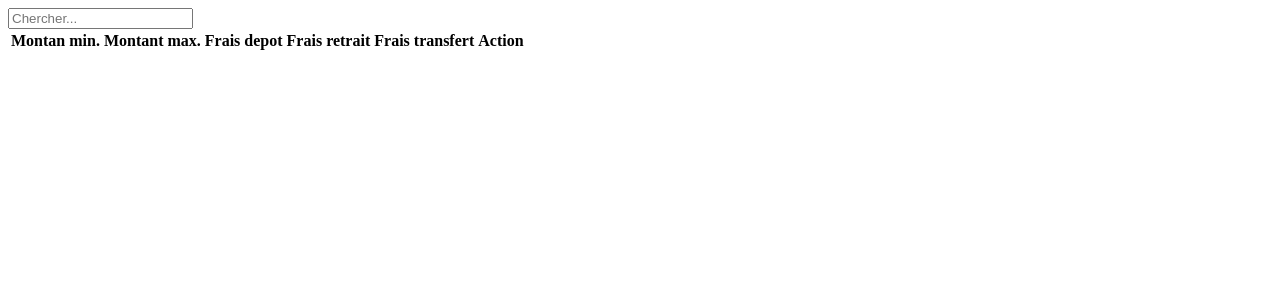
Repository: mitantsoa1/cash
Page: http://localhost/Views/Back/frais_affichage.php
These files come from the project's save history. The page is drawn as it stood at one moment and after the next save; the edit follows.
The browser window is 1280 px wide. The pictures show the whole page.
The page is run by PHP 8.4 with error messages shown; the project is at /var/www/html/. Queries for data that is not in the repository find no rows.

Above is the page before, as saved 2021-01-21 13:18:43.
Console error: ReferenceError: $ is not defined

After the next save:
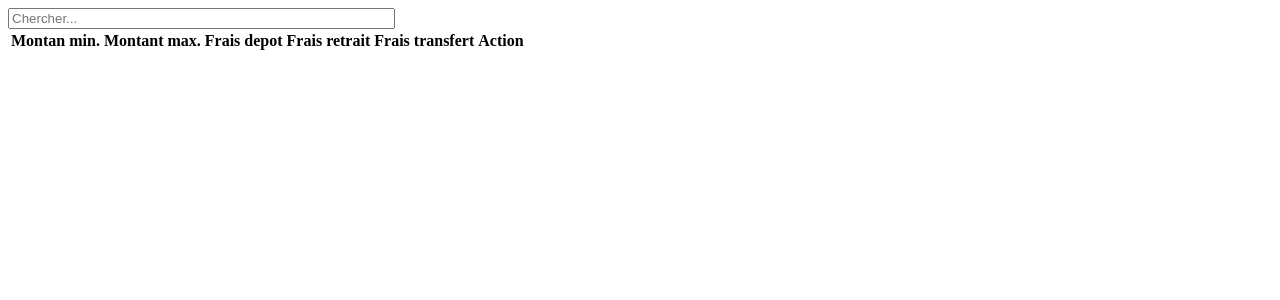
Saved 3 min 8 s later.
--- a/Views/Back/frais_affichage.php
+++ b/Views/Back/frais_affichage.php
@@ -16,6 +16,9 @@
         thead{
             position: relative;
             z-index: 12000 !important;
+        }
+        #In_put{
+            width: 30% !important;
         }
     </style>
 </head>
